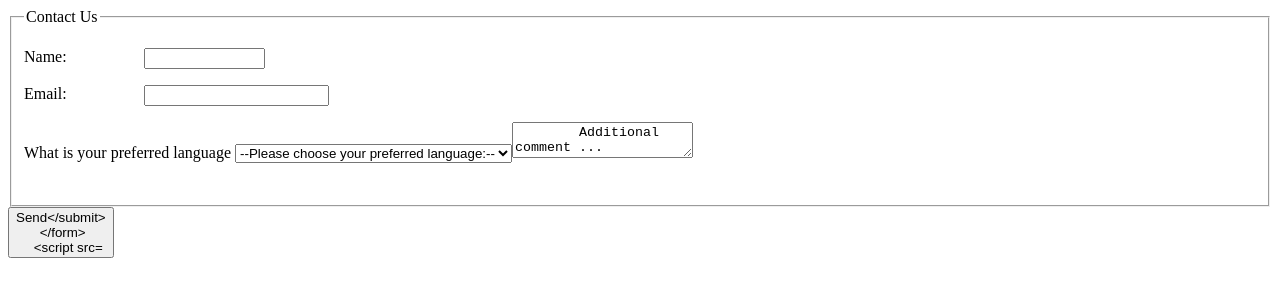
Repository: samuraijane/dc-builders
Page: week6/1-tuesday/homework/exercise2/index.html
An editor plug-in stored every save of this project. The page is shown before and after the next save, followed by the edit.
The browser window is 1280 px wide. The pictures show the whole page.

Above is the page before, as saved 2020-08-13 19:06:05.

### week6/1-tuesday/homework/exercise2/index.html
<!doctype html>

<html lang="en">
  <head>
    <meta charset="utf-8">
    <title>Week6 – Tuesday Homework Exercise 2</title>
    <meta name="description" content="Week6 – Tuesday Homework Exercise 2">
    <meta name="author" content="<yourNameGoesHere>">
    <link rel="stylesheet" href="style.css">
  </head>

  <body>
   <form onsubmit="alert('hello')">
    <fieldset>
      <legend>Contact Us</legend>
      <p>
        <label for="name"> Name: </label>
        <input type="text" id="name" name="name" required
                minlength="4" maxlength="10" size="12">
      </p>
      <p>
        <label for="email"> Email: </label>
        <input type="email" id="email" name="email" required>
      </p>
      <label for="language-select"> What is your preferred language </label>
      <select name="language" id="language-select">
        <option value="" disabled selected>--Please choose your preferred language:--</option>
        <option value="action">English</option>
        <option value="adventure">Spanish</option>
        <option value="comedy">French</option>
        <label for="additional-input"> Please provide additional details: </label>
        <p>
          <textarea id="additional-input" name="additional-input">
        Additional comment ...
          </textarea>
        </p>
    </fieldset>

    <input type="submit" value="Send</submit>
  </form>
    <script src="script.js"></script>
  </body>
</html>

### week6/1-tuesday/homework/exercise2/style.css
label {
    min-width: 120px;
}

p {
    display: flex;
}

After the next save:
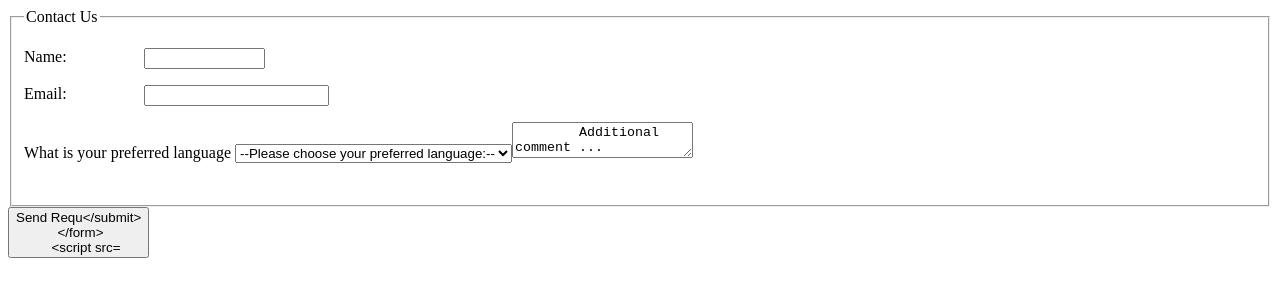
Saved 7 s later.
--- a/week6/1-tuesday/homework/exercise2/index.html
+++ b/week6/1-tuesday/homework/exercise2/index.html
@@ -36,7 +36,7 @@
         </p>
     </fieldset>
 
-    <input type="submit" value="Send</submit>
+    <input type="submit" value="Send Requ</submit>
   </form>
     <script src="script.js"></script>
   </body>
